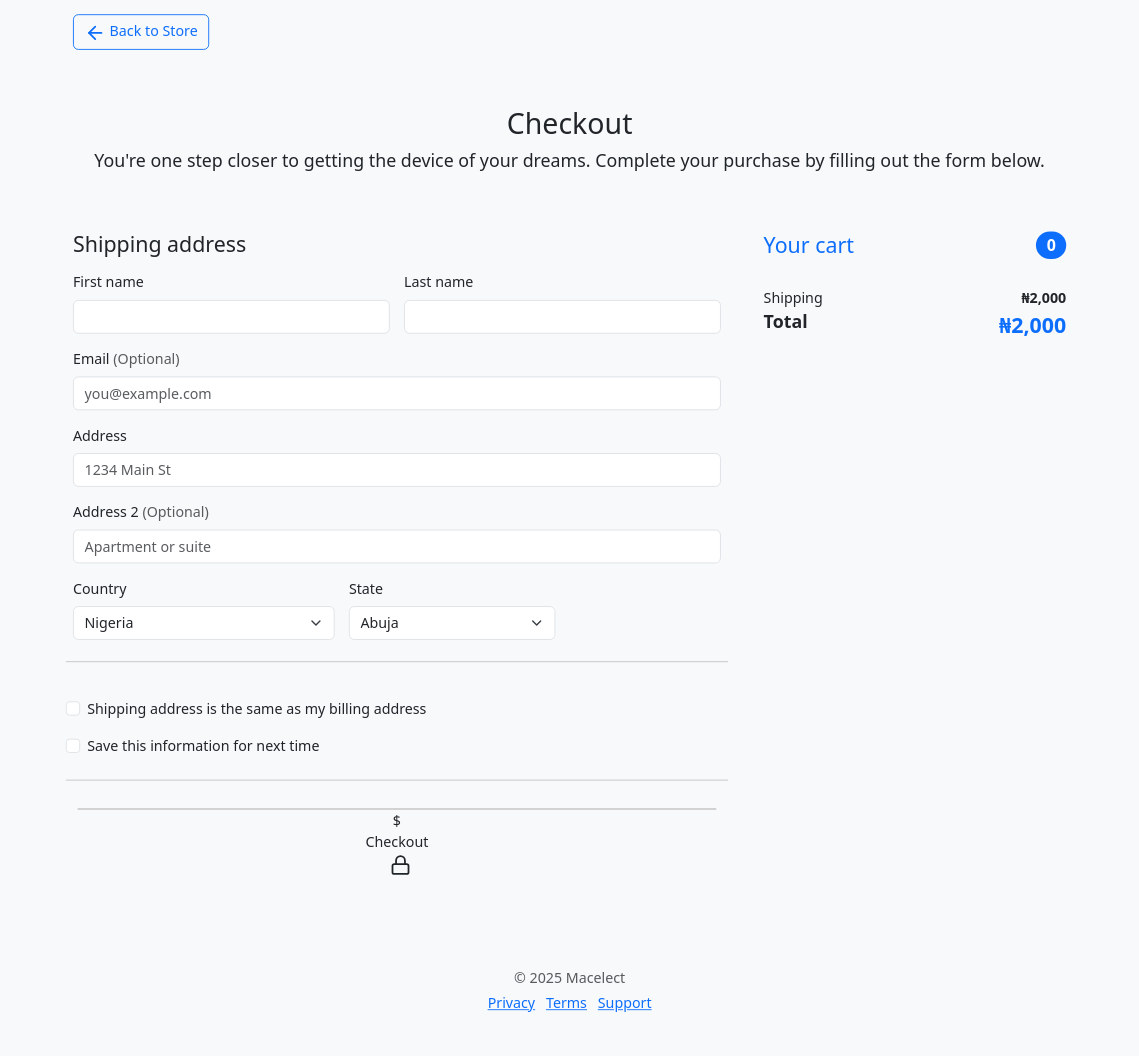
Repository: Davidobi21/macelect
Page: frontend/pages/checkout.html
These files come from the project's save history. The page is drawn as it stood at one moment and after the next save; the edit follows.
The browser window is 1280 px wide. The pictures show the whole page, at 89% of full size.

Above is the page before, as saved 2025-05-06 10:02:13.

### frontend/pages/checkout.html
<!DOCTYPE html>
<html lang="en">
<head>
  <meta charset="UTF-8">
  <meta name="viewport" content="width=device-width, initial-scale=1.0">
  <title>Checkout</title>
  <script src="https://cdn.jsdelivr.net/npm/lucide@latest/dist/umd/lucide.min.js"></script>
  <script src="./js/checkout.js" defer></script>
  <script src="https://js.paystack.co/v1/inline.js"></script>
  <script src="https://cdn.jsdelivr.net/npm/sweetalert2@11"></script>
  <link href="https://cdn.jsdelivr.net/npm/bootstrap@5.3.0-alpha1/dist/css/bootstrap.min.css" rel="stylesheet">
</head>
<body class="bg-light">
  <div class="container">
    <!-- Back Button -->
    <div class="py-3">
      <a href="../pages/products.html" class="btn btn-outline-primary align-items-center gap-2">
        <i data-lucide="arrow-left"></i> Back to Store
      </a>
    </div>

    <main>
      <div class="py-5 text-center">
        <h2>Checkout</h2>
        <p class="lead">You're one step closer to getting the device of your dreams. Complete your purchase by filling out the form below.</p>
      </div>

      <div class="row g-5">
        <!-- Cart Summary -->
        <div class="col-md-5 col-lg-4 order-md-last">
          <h4 class="d-flex justify-content-between align-items-center mb-3">
            <span class="text-primary">Your cart</span>
            <span class="badge bg-primary rounded-pill cart-count">0</span>
          </h4>
          <ul class="list-group mb-3" id="cart-summary">
            <!-- Cart items will be dynamically populated here -->
          </ul>
          <li class="list-group-item d-flex justify-content-between">
            <span>Shipping</span>
            <strong id="shipping-cost">₦0</strong>
          </li>
          <li class="list-group-item d-flex justify-content-between">
            <span class="fs-5 fw-bold">Total</span>
            <strong id="cart-total" class="fs-4 fw-bold text-primary">₦0</strong>
          </li>
        </div>

        <!-- Billing Form -->
        <div class="col-md-7 col-lg-8">
          <h4 class="mb-3">Shipping address</h4>
          <form>
            <div class="row g-3">
              <div class="col-sm-6">
                <label for="firstName" class="form-label">First name</label>
                <input type="text" class="form-control" id="firstName" placeholder="" value="" required>
              </div>

              <div class="col-sm-6">
                <label for="lastName" class="form-label">Last name</label>
                <input type="text" class="form-control" id="lastName" placeholder="" value="" required>
              </div>

              <div class="col-12">
                <label for="email" class="form-label">Email <span class="text-muted">(Optional)</span></label>
                <input type="email" class="form-control" id="email" placeholder="you@example.com">
              </div>

              <div class="col-12">
                <label for="address" class="form-label">Address</label>
                <input type="text" class="form-control" id="address" placeholder="1234 Main St" required>
              </div>

              <div class="col-12">
                <label for="address2" class="form-label">Address 2 <span class="text-muted">(Optional)</span></label>
                <input type="text" class="form-control" id="address2" placeholder="Apartment or suite">
              </div>

              <div class="col-md-5">
                <label for="country" class="form-label">Country</label>
                <select class="form-select" id="country" required>
                  <option value="Nigeria" selected>Nigeria</option>
                </select>
              </div>

              <div class="col-md-4">
                <label for="state" class="form-label">State</label>
                <select class="form-select" id="state" required>
                  <option value="Abuja">Abuja</option>
                  <option value="Nasarawa">Nasarawa</option>
                  <option value="Kogi">Kogi</option>
                  <option value="Kaduna">Kaduna</option>
                  <option value="Niger">Niger</option>
                  <option value="Benue">Benue</option>
                  <option value="Kwara">Kwara</option>
                  <option value="Plateau">Plateau</option>
                  <option value="Taraba">Taraba</option>
                  <option value="Lagos">Lagos</option>
                  <option value="Oyo">Oyo</option>
                  <option value="Ondo">Ondo</option>
                  <option value="Edo">Edo</option>
                  <option value="Delta">Delta</option>
                  <option value="Anambra">Anambra</option>
                  <option value="Enugu">Enugu</option>
                  <option value="Imo">Imo</option>
                  <option value="Rivers">Rivers</option>
                  <option value="Akwa Ibom">Akwa Ibom</option>
                  <option value="Bayelsa">Bayelsa</option>
                  <option value="Borno">Borno</option>
                  <option value="Yobe">Yobe</option>
                  <option value="Zamfara">Zamfara</option>
                  <option value="Sokoto">Sokoto</option>
                  <option value="Kebbi">Kebbi</option>
                  <option value="Kano">Kano</option>
                  <option value="Jigawa">Jigawa</option>
                  <option value="Gombe">Gombe</option>
                  <option value="Bauchi">Bauchi</option>
                  <option value="Ekiti">Ekiti</option>
                  <option value="Osun">Osun</option>
                  <option value="Ebonyi">Ebonyi</option>
                  <option value="Abia">Abia</option>
                  <option value="Cross River">Cross River</option>
                </select>
              </div>


            <hr class="my-4">

            <div class="form-check">
              <input type="checkbox" class="form-check-input" id="same-address">
              <label class="form-check-label" for="same-address">Shipping address is the same as my billing address</label>
            </div>

            <div class="form-check">
              <input type="checkbox" class="form-check-input" id="save-info">
              <label class="form-check-label" for="save-info">Save this information for next time</label>
            </div>

            <hr class="my-4">
            <div class="btn container" id="checkoutButton" disabled>
              <div class="left-side">
                <div class="card">
                  <div class="card-line"></div>
                  <div class="buttons"></div>
                </div>
                <div class="post">
                  <div class="post-line"></div>
                  <div class="screen">
                    <div class="dollar">$</div>
                  </div>
                  <div class="numbers"></div>
                  <div class="numbers-line2"></div>
                </div>
              </div>
              <div class="right-side">
                <div class="new">Checkout</div>
                <span id="padlockWrapper" class="ms-2">
                  <i id="padlockIcon" data-lucide="lock"></i>
                </span>
              </div>
            </div>
          </form>
        </div>
      </div>
    </main>

    <footer class="my-5 pt-5 text-muted text-center text-small">
      <p class="mb-1">© 2025 Macelect</p>
      <ul class="list-inline">
        <li class="list-inline-item"><a href="../pages/fqa.html">Privacy</a></li>
        <li class="list-inline-item"><a href="../pages/fqa.html">Terms</a></li>
        <li class="list-inline-item"><a href="../pages/fqa.html">Support</a></li>
      </ul>
    </footer>
  </div>
  <script src="https://cdn.jsdelivr.net/npm/bootstrap@5.3.0-alpha1/dist/js/bootstrap.bundle.min.js"></script>
</body>
</html>

### frontend/pages/js/checkout.js
document.addEventListener("DOMContentLoaded", () => {
  lucide.createIcons(); // Initialize Lucide icons

  const cartSummary = document.getElementById("cart-summary");
  const cartTotal = document.getElementById("cart-total");
  const shippingCostElement = document.getElementById("shipping-cost");
  const cartCount = document.querySelector(".cart-count");
  const countrySelect = document.getElementById("country");
  const stateSelect = document.getElementById("state");
  const checkoutButton = document.getElementById("checkoutButton");
  const padlockIcon = document.getElementById("padlockIcon");
  const formInputs = document.querySelectorAll("#firstName, #lastName, #email, #address, #country, #state, #zip");

  const cart = JSON.parse(localStorage.getItem("cart")) || [];
  let total = 0;

  function calculateShippingCost(country, state) {
    if (country !== "Nigeria") return 0;

    const distanceTiers = {
      // Distance Level 0 (Abuja)
      "Abuja": 0,

      // Distance Level 1 (nearby states)
      "Nasarawa": 1,
      "Kogi": 1,
      "Kaduna": 1,
      "Niger": 1,

      // Distance Level 2
      "Benue": 2,
      "Kwara": 2,
      "Plateau": 2,
      "Taraba": 2,

      // Distance Level 3
      "Lagos": 3,
      "Oyo": 3,
      "Ondo": 3,
      "Edo": 3,
      "Delta": 3,

      // Distance Level 4 (farther states)
      "Anambra": 4,
      "Enugu": 4,
      "Imo": 4,
      "Rivers": 4,
      "Akwa Ibom": 4,
      "Bayelsa": 4,
      "Borno": 4,
      "Yobe": 4,
      "Zamfara": 4,
      "Sokoto": 4,
      "Kebbi": 4,
      "Kano": 4,
      "Jigawa": 4,
      "Gombe": 4,
      "Bauchi": 4,
      "Ekiti": 4,
      "Osun": 4,
      "Ebonyi": 4,
      "Abia": 4,
      "Cross River": 4,

      // Default tier if not listed
      "Others": 3
    };

    const tier = distanceTiers[state] !== undefined ? distanceTiers[state] : distanceTiers["Others"];
    return 2000 * (tier + 1); // base = ₦2000, so tier 0 = ₦2000, tier 1 = ₦4000, etc.
  }


  function updateCartSummary() {
    cartSummary.innerHTML = ""; // Clear existing content
    total = 0;

    cart.forEach(item => {
      const itemTotal = item.price * item.quantity;
      total += itemTotal;

      const listItem = document.createElement("li");
      listItem.className = "list-group-item d-flex justify-content-between lh-sm align-items-center";
      listItem.innerHTML = `
        <div class="d-flex align-items-center gap-2">
          <img src="${item.image}" alt="${item.name}" width="50" height="50" style="object-fit: cover; border-radius: 4px;">
          <div>
            <h6 class="my-0 mb-1">${item.name}</h6>
            <small class="text-muted">Quantity: ${item.quantity}</small>
          </div>
        </div>
        <span class="text-muted">₦${itemTotal.toLocaleString()}</span>
      `;
      cartSummary.appendChild(listItem);
    });

    const country = countrySelect.value;
    const state = stateSelect.value;
    const shippingCost = calculateShippingCost(country, state);

    shippingCostElement.textContent = `₦${shippingCost.toLocaleString()}`;
    cartTotal.textContent = `₦${(total + shippingCost).toLocaleString()}`;
    cartCount.textContent = cart.reduce((count, item) => count + item.quantity, 0);

    validateCheckoutButton(); // Check if the button should be enabled
  }

  function validateCheckoutButton() {
    const isFormValid = Array.from(formInputs).every(input => input.value.trim() !== "");
    const isCartNotEmpty = cart.length > 0;
    const padlockWrapper = document.getElementById("padlockWrapper");

    if (isFormValid && isCartNotEmpty) {
      checkoutButton.disabled = false;
      padlockWrapper.style.display = "none"; // Hide wrapper
    } else {
      checkoutButton.disabled = true;
      padlockWrapper.style.display = "inline-block"; // Show wrapper
    }
  }
  function payWithPaystack() {
    const email = document.getElementById("email").value;
    const shippingInfo = {
      country: countrySelect.value,
      state: stateSelect.value,
      address: document.getElementById("address").value,
    };
    const items = JSON.parse(localStorage.getItem("cart")) || [];

    const totalAmount = total + calculateShippingCost(shippingInfo.country, shippingInfo.state);

    const handler = PaystackPop.setup({
      key: 'pk_test_44f6dbb6159b73b84fff2fc441dcdd997e15c10d', // ✅ PUBLIC key
      email,
      amount: totalAmount * 100,
      currency: "NGN",
      ref: 'Mactelect' + Math.floor(Math.random() * 1000000000 + 1),

      callback: function (response) {
        placeOrder(response.reference, shippingInfo, items, totalAmount);
      },


      onClose: function () {
        alert('Transaction cancelled.');
      }
    });

    handler.openIframe();
  }

  async function placeOrder(paymentReference, shippingInfo, items, totalAmount) {
    try {
      // Retrieve user object from localStorage
      const user = JSON.parse(localStorage.getItem('user'));
      if (!user || !user._id) {
        alert('User ID is missing. Please log in.');
        return; // Stop execution if userId is missing
      }

      const userId = user._id; // Extract userId from the user object

      const response = await fetch('http://localhost:5000/api/order/place', {
        method: 'POST',
        headers: { 'Content-Type': 'application/json' },
        body: JSON.stringify({
          userId, // Include userId in the request payload
          items: items.map(item => ({
            productId: item.id,
            quantity: item.quantity,
            priceAtPurchase: item.price
          })),
          shippingInfo: `${shippingInfo.address}, ${shippingInfo.state}, ${shippingInfo.country}`,
          totalAmount,
          paymentReference
        }),
      });

      if (!response.ok) {
        const errorData = await response.json();
        throw new Error(`HTTP error! status: ${response.status}, message: ${errorData.message}`);
      }

      const data = await response.json();
      alert("Order placed! Ref: " + paymentReference);
      localStorage.removeItem("cart");
      window.location.href = "./thank-you.html"; // Redirect to thank you page
    } catch (error) {
      console.error('Error placing order:', error);
      alert(error.message); // Display error message to the user
    }
  }



  formInputs.forEach(input => {
    input.addEventListener("input", validateCheckoutButton);
  });

  countrySelect.addEventListener("change", updateCartSummary);
  stateSelect.addEventListener("change", updateCartSummary);
  checkoutButton.addEventListener("click", (e) => {
    e.preventDefault();
    payWithPaystack();
  });

  updateCartSummary(); // Initial update
});

### frontend/css/checkout.css
/* From Uiverse.io by Pawelitto */
.container {
    background-color: #ffffff;
    display: flex;
    width: 270px;
    height: 120px;
    position: relative;
    border-radius: 6px;
    transition: 0.3s ease-in-out;
  }

  .container:hover {
    transform: scale(1.03);
  }

  .container:hover .left-side {
    width: 100%;
  }

  .left-side {
    background-color: #5de2a3;
    width: 130px;
    height: 120px;
    border-radius: 4px;
    position: relative;
    display: flex;
    justify-content: center;
    align-items: center;
    cursor: pointer;
    transition: 0.3s;
    flex-shrink: 0;
    overflow: hidden;
  }

  .right-side {
    display: flex;
    align-items: center;
    overflow: hidden;
    cursor: pointer;
    justify-content: space-between;
    white-space: nowrap;
    transition: 0.3s;
  }

  .right-side:hover {
    background-color: #f9f7f9;
  }

  .arrow {
    width: 20px;
    height: 20px;
    margin-right: 20px;
  }

  .new {
    font-size: 23px;
    font-family: "Lexend Deca", sans-serif;
    margin-left: 20px;
  }

  .card {
    width: 70px;
    height: 46px;
    background-color: #c7ffbc;
    border-radius: 6px;
    position: absolute;
    display: flex;
    z-index: 10;
    flex-direction: column;
    align-items: center;
    -webkit-box-shadow: 9px 9px 9px -2px rgba(77, 200, 143, 0.72);
    -moz-box-shadow: 9px 9px 9px -2px rgba(77, 200, 143, 0.72);
    -webkit-box-shadow: 9px 9px 9px -2px rgba(77, 200, 143, 0.72);
  }

  .card-line {
    width: 65px;
    height: 13px;
    background-color: #80ea69;
    border-radius: 2px;
    margin-top: 7px;
  }

  @media only screen and (max-width: 480px) {
    .container {
      transform: scale(0.7);
    }

    .container:hover {
      transform: scale(0.74);
    }

    .new {
      font-size: 18px;
    }
  }

  .buttons {
    width: 8px;
    height: 8px;
    background-color: #379e1f;
    box-shadow: 0 -10px 0 0 #26850e, 0 10px 0 0 #56be3e;
    border-radius: 50%;
    margin-top: 5px;
    transform: rotate(90deg);
    margin: 10px 0 0 -30px;
  }

  .container:hover .card {
    animation: slide-top 1.2s cubic-bezier(0.645, 0.045, 0.355, 1) both;
  }

  .container:hover .post {
    animation: slide-post 1s cubic-bezier(0.165, 0.84, 0.44, 1) both;
  }

  @keyframes slide-top {
    0% {
      -webkit-transform: translateY(0);
      transform: translateY(0);
    }

    50% {
      -webkit-transform: translateY(-70px) rotate(90deg);
      transform: translateY(-70px) rotate(90deg);
    }

    60% {
      -webkit-transform: translateY(-70px) rotate(90deg);
      transform: translateY(-70px) rotate(90deg);
    }

    100% {
      -webkit-transform: translateY(-8px) rotate(90deg);
      transform: translateY(-8px) rotate(90deg);
    }
  }

  .post {
    width: 63px;
    height: 75px;
    background-color: #dddde0;
    position: absolute;
    z-index: 11;
    bottom: 10px;
    top: 120px;
    border-radius: 6px;
    overflow: hidden;
  }

  .post-line {
    width: 47px;
    height: 9px;
    background-color: #545354;
    position: absolute;
    border-radius: 0px 0px 3px 3px;
    right: 8px;
    top: 8px;
  }

  .post-line:before {
    content: "";
    position: absolute;
    width: 47px;
    height: 9px;
    background-color: #757375;
    top: -8px;
  }

  .screen {
    width: 47px;
    height: 23px;
    background-color: #ffffff;
    position: absolute;
    top: 22px;
    right: 8px;
    border-radius: 3px;
  }

  .numbers {
    width: 12px;
    height: 12px;
    background-color: #838183;
    box-shadow: 0 -18px 0 0 #838183, 0 18px 0 0 #838183;
    border-radius: 2px;
    position: absolute;
    transform: rotate(90deg);
    left: 25px;
    top: 52px;
  }

  .numbers-line2 {
    width: 12px;
    height: 12px;
    background-color: #aaa9ab;
    box-shadow: 0 -18px 0 0 #aaa9ab, 0 18px 0 0 #aaa9ab;
    border-radius: 2px;
    position: absolute;
    transform: rotate(90deg);
    left: 25px;
    top: 68px;
  }

  @keyframes slide-post {
    50% {
      -webkit-transform: translateY(0);
      transform: translateY(0);
    }

    100% {
      -webkit-transform: translateY(-70px);
      transform: translateY(-70px);
    }
  }

  .dollar {
    position: absolute;
    font-size: 16px;
    font-family: "Lexend Deca", sans-serif;
    width: 100%;
    left: 0;
    top: 0;
    color: #4b953b;
    text-align: center;
  }

  .container:hover .dollar {
    animation: fade-in-fwd 0.3s 1s backwards;
  }

  @keyframes fade-in-fwd {
    0% {
      opacity: 0;
      transform: translateY(-5px);
    }

    100% {
      opacity: 1;
      transform: translateY(0);
    }
  }

After the next save:
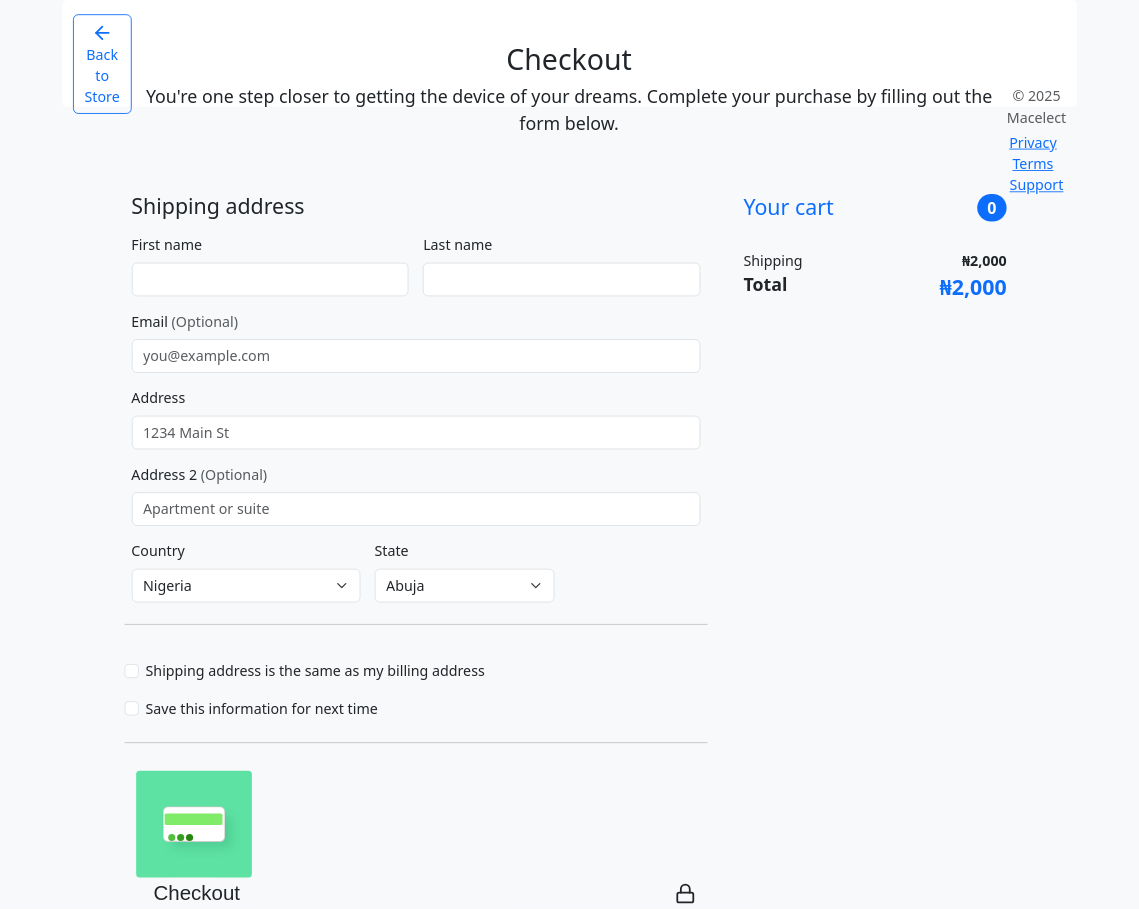
Saved 13 s later.
--- a/frontend/pages/checkout.html
+++ b/frontend/pages/checkout.html
@@ -4,6 +4,7 @@
   <meta charset="UTF-8">
   <meta name="viewport" content="width=device-width, initial-scale=1.0">
   <title>Checkout</title>
+  <link rel="stylesheet" href="../css/checkout.css">
   <script src="https://cdn.jsdelivr.net/npm/lucide@latest/dist/umd/lucide.min.js"></script>
   <script src="./js/checkout.js" defer></script>
   <script src="https://js.paystack.co/v1/inline.js"></script>
